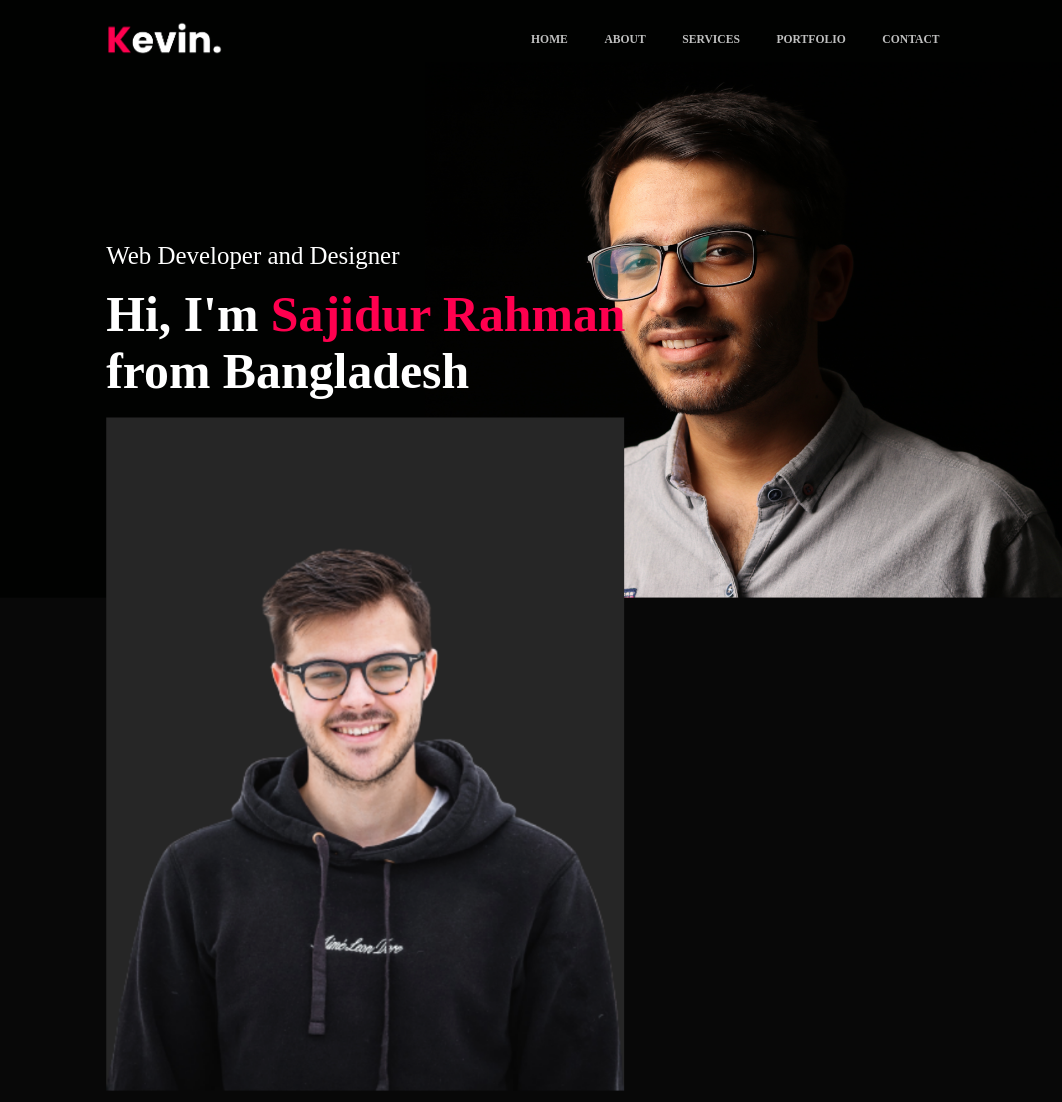
Repository: devsajid/Portfolio-website-with-HTML-CSS-JS
Page: index.html
An editor plug-in stored every save of this project. The page is shown before and after a run of saves, followed by the edit.
The browser window is 1280 px wide. The pictures show the whole page, at 83% of full size.

Above is the page before, as saved 2022-12-11 05:03:44.

After the next 9 saves:
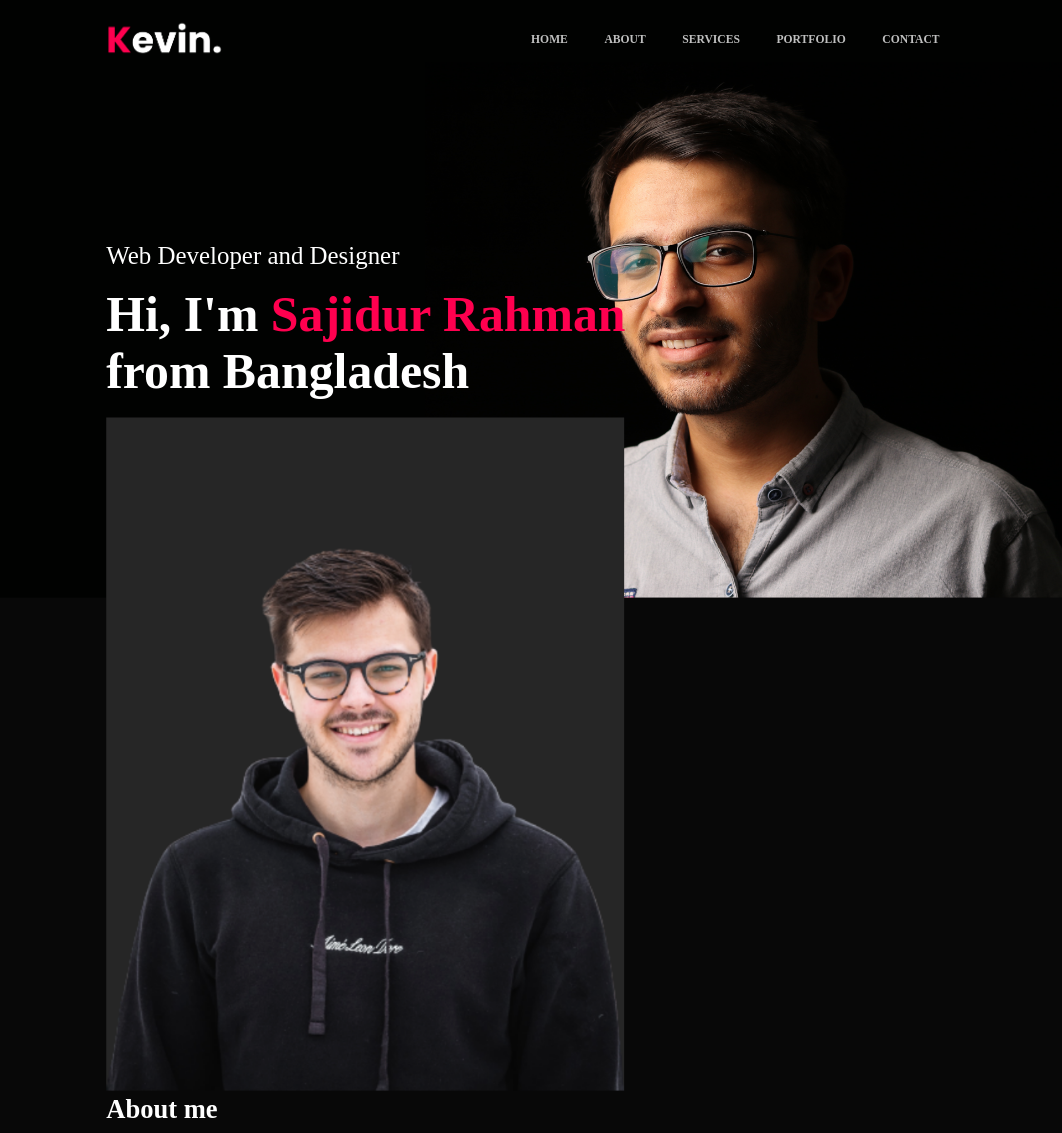
The 9 saves are shown as one change because they came seconds apart.
The last was saved 31 s later.
--- a/index.html
+++ b/index.html
@@ -34,7 +34,7 @@
             <div class="about-col-1">
               <img src="images/user.png" alt="user" />
             </div>
-            <div class="about-col-2"></div>
+            <div class="about-col-2"><h1>About me</h1></div>
           </div>
         </div>
       </div>
